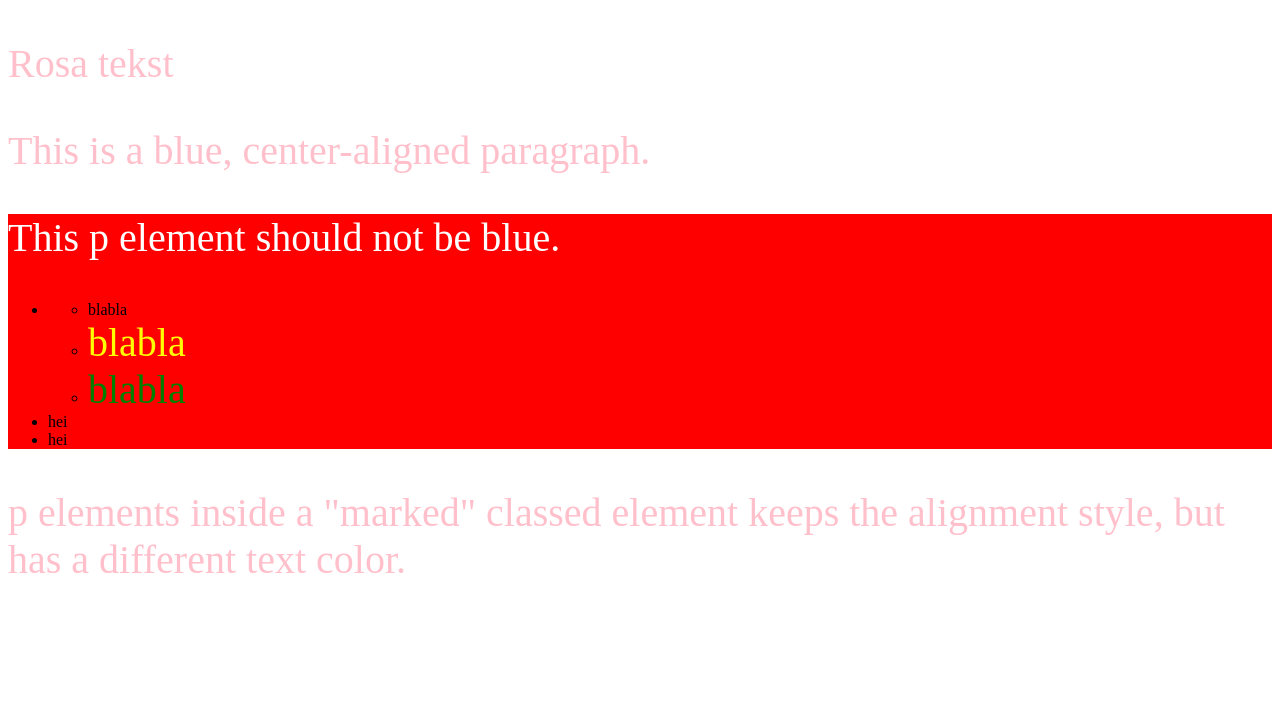
Repository: mesan/css-kurs
Page: kode/wroom/html-snippets/noNO.html
An editor plug-in stored every save of this project. The page is shown before and after the next save, followed by the edit.
The browser window is 1280 px wide. The pictures show the whole page.

Above is the page before, as saved 2013-01-21 22:09:26.

After the next save:
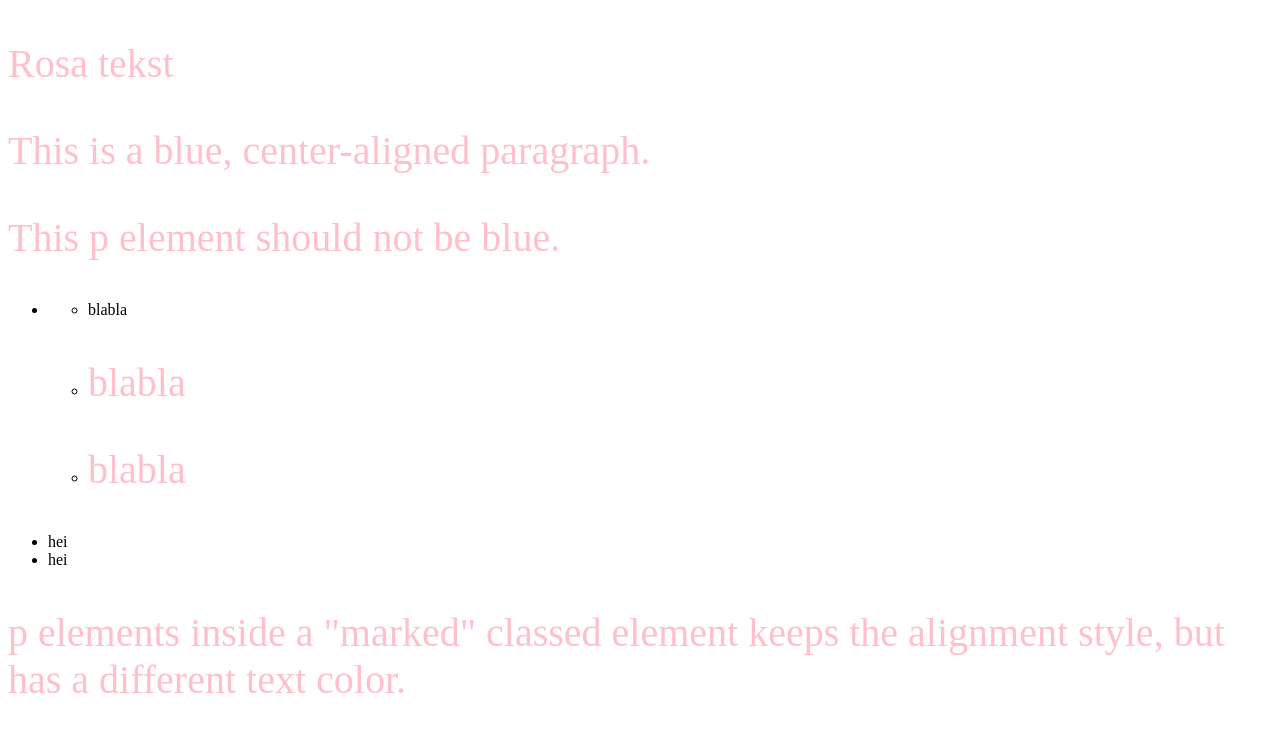
Saved 11 min 18 s later.
--- a/kode/wroom/html-snippets/noNO.html
+++ b/kode/wroom/html-snippets/noNO.html
@@ -5,32 +5,11 @@
 			p {
 				color: pink;
 				font-size: 40px;
-				/*color: blue;
-				text-align: center;*/
-			}
-			.marked {
-				background-color: red;
-			}
-			.marked p {
-				color: white;
-			}
-
-			.marked li ul li p {
-				color: yellow;
-				padding: 0;
-				margin: 0;
-				text-align: left;
-			}
-			.marked li ul li p a {
-				color: green;
 			}
 		</style>
 	</head>
-
 	<body>
-
 		<p>Rosa tekst</p>
-
 	</body>
 
 
